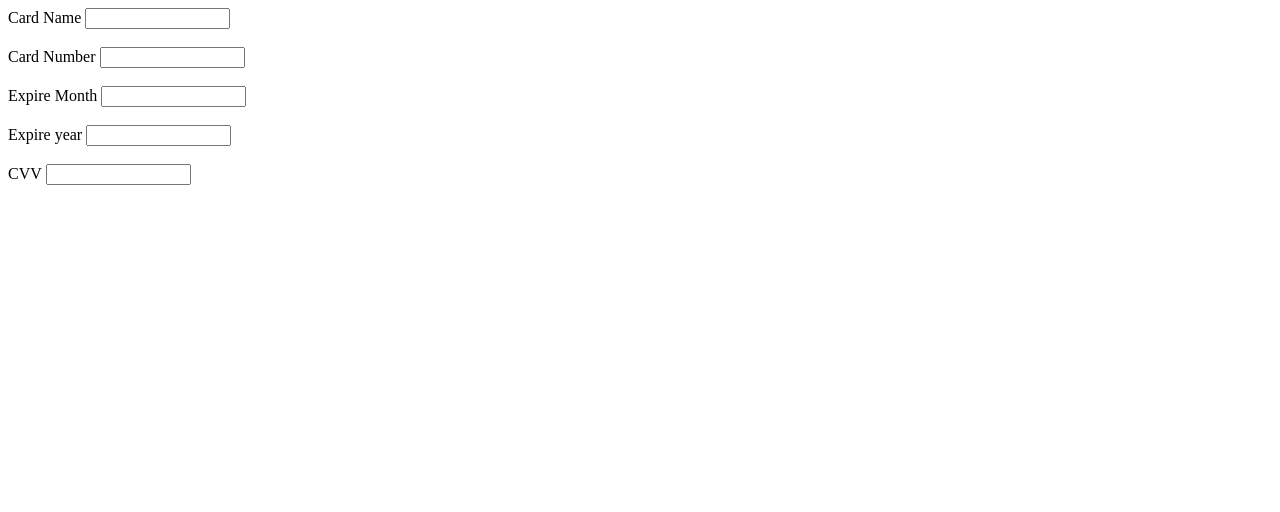
Repository: MalykaK/servlets
Page: CreditCard/WebContent/creditcard.html
The author's editor kept a copy of each file at every save. The page is drawn from the files as they stood at one save, then again after the next save.
The browser window is 1280 px wide. The pictures show the whole page.

Above is the page before, as saved 2018-09-06 09:21:28.

### CreditCard/WebContent/creditcard.html
<!DOCTYPE html>
<html>
<head>
<meta charset="ISO-8859-1">
<title>Credit Card</title>
</head>
<body>

<form action="CreditCard" method="post">
<label>Card Name</label>
<input type="text" name="cardname" size="15"/>
<br><br>
<label>Card Number</label>
<input type="text" name="cardnum" size="15"/>
<br><br>
<label>Expire Month</label>
<input type="text" name="expmonth" size="15"/>
<br><br>
<label>Expire year</label>
<input type="text" name="expyear" size="15"/>
<br><br>
<label>CVV</label>
<input type="text" name="cvv" size="15"/>
<br><br>
</form>
</body>
</html>

After the next save:
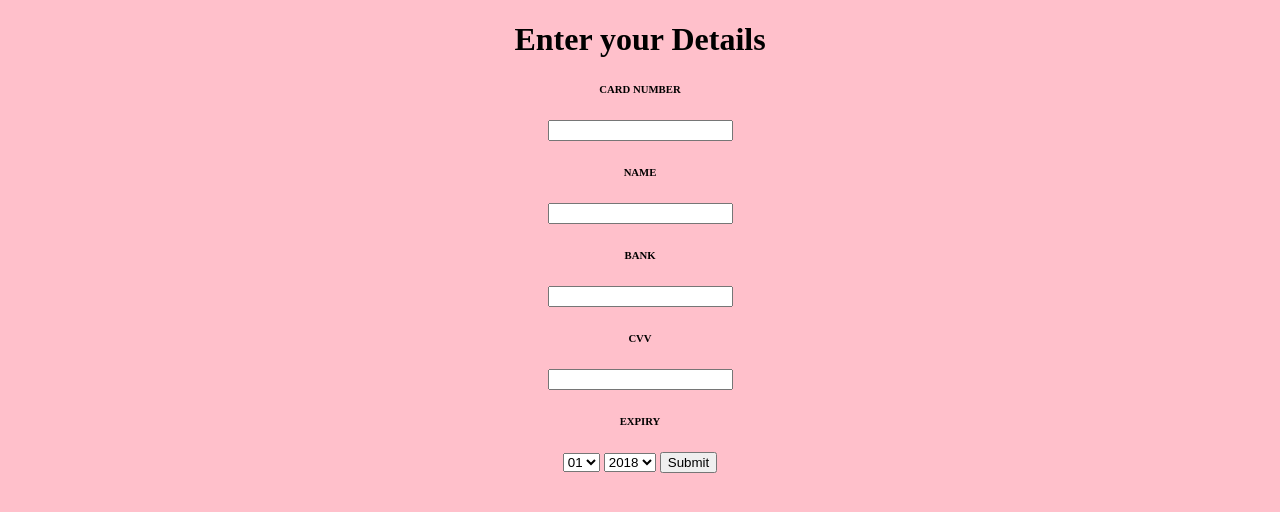
Saved 13 min 54 s later.
--- a/CreditCard/WebContent/creditcard.html
+++ b/CreditCard/WebContent/creditcard.html
@@ -2,26 +2,49 @@
 <html>
 <head>
 <meta charset="ISO-8859-1">
-<title>Credit Card</title>
+<title>Insert title here</title>
 </head>
-<body>
+<body bgcolor='pink'>
 
-<form action="CreditCard" method="post">
-<label>Card Name</label>
-<input type="text" name="cardname" size="15"/>
-<br><br>
-<label>Card Number</label>
-<input type="text" name="cardnum" size="15"/>
-<br><br>
-<label>Expire Month</label>
-<input type="text" name="expmonth" size="15"/>
-<br><br>
-<label>Expire year</label>
-<input type="text" name="expyear" size="15"/>
-<br><br>
-<label>CVV</label>
-<input type="text" name="cvv" size="15"/>
-<br><br>
-</form>
+	<form align='center' action="credit" method="post">
+
+			<h1>Enter your Details</h1>
+
+
+			<H6>CARD NUMBER</H6>
+			<input type="number" name="number" maxlength='16'>
+			<H6>NAME</H6>
+			<input type="text" name="name" required>
+			<H6>BANK</H6>
+			<input type="text" name="bank" required>
+			<H6>CVV</H6>
+			<input type="password" name="cvv" required maxlength='3'>
+			<H6>EXPIRY</H6>
+
+			<select name="month">
+				<option value="01">01</option>
+				<option value="02">02</option>
+				<option value="03">03</option>
+				<option value="04">04</option>
+				<option value="05">05</option>
+				<option value="06">06</option>
+				<option value="07">07</option>
+				<option value="08">08</option>
+				<option value="09">09</option>
+				<option value="10">10</option>
+				<option value="11">11</option>
+				<option value="12">12</option>
+			</select>
+			<select name="year">
+				<option value="2018">2018</option>
+				<option value="2019">2019</option>
+				<option value="2020">2020</option>
+				<option value="2021">2021</option>
+				<option value="2022">2022</option>
+			</select>
+			<input type="submit">
+
+	</form>
+
 </body>
 </html>
